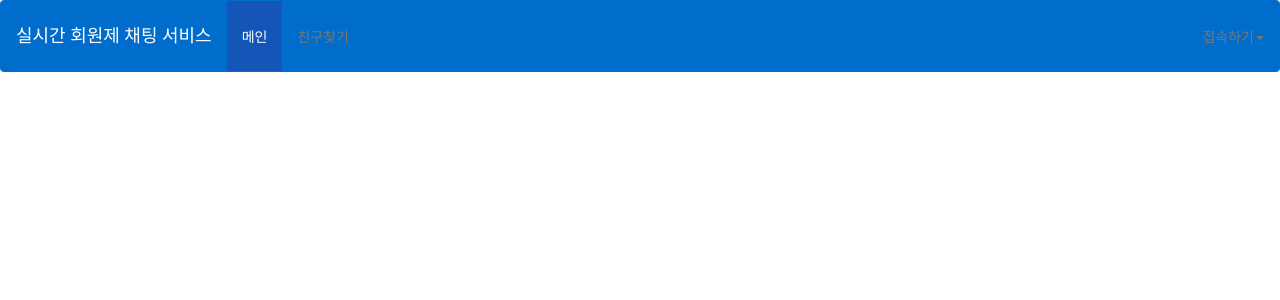
Repository: kkoseunghyun/javaAjaxChat
Page: http://localhost/UserChat/update.jsp
An editor plug-in stored every save of this project. The page is shown before and after the next save, followed by the edit.
The browser window is 1280 px wide. The pictures show the whole page.
Some web fonts or font styles are not loaded; a fallback is used. Some web libraries are served in a nearby version. The page is served by Tomcat 9.

Above is the page before, as saved 2019-05-15 08:45:26.

After the next save:
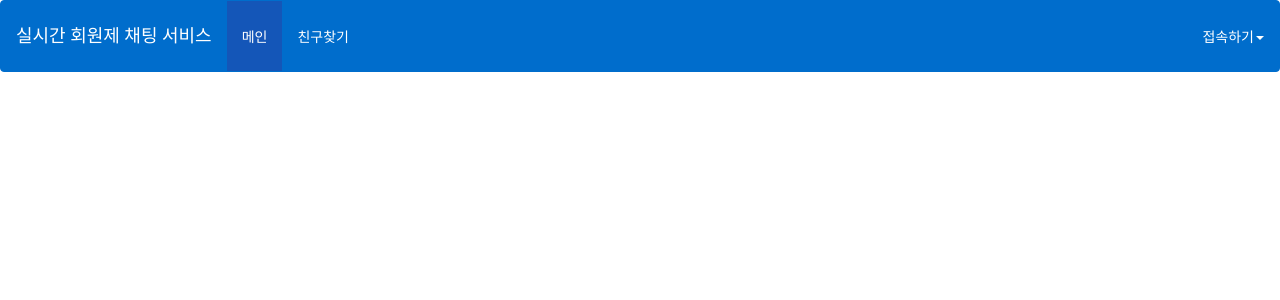
Saved 61 s later.
--- a/JspAjax/UserChat/WebContent/css/custom2.css
+++ b/JspAjax/UserChat/WebContent/css/custom2.css
@@ -36,6 +36,7 @@ a:hover{
     background-color: #1456b8;
 }
 .navbar-default .navbar-nav > li > a { /*내비게이션 기본 글자 색상 */
+	color: #ffffff;
     font-family: 'Noto Sans KR';
 }
 .navbar-default .navbar-nav > li > a:hover,
